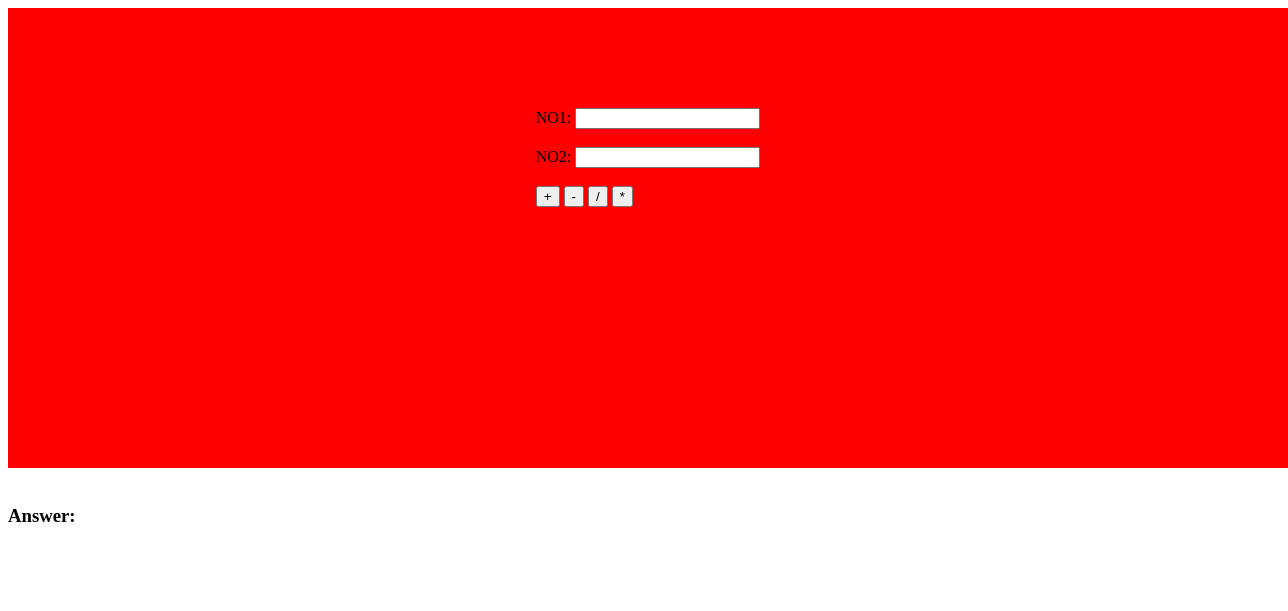
Repository: sajithmadushanka/simple-calculator-using-jsp
Page: http://localhost/simple_calculator/
These files come from the project's save history. The page is drawn as it stood at one moment and after the next save; the edit follows.
The browser window is 1280 px wide. The page is 1288 px wide, so the pictures cover 1288 px, including what lies to the right of the window. The pictures show the whole page.
The page is served by Tomcat 9. Other server files are loaded and not shown.

Above is the page before, as saved 2023-09-19 09:19:21.

### simple_calculator/WebContent/index.jsp
<%@ page language="java" contentType="text/html; charset=ISO-8859-1"
    pageEncoding="ISO-8859-1"%>
<!DOCTYPE html>
<html>
<head>
<meta charset="ISO-8859-1">
<title>simple calculator</title>
<style>
	.main{
			background-color : red;
			width :100vw;
			height : 50vh;
			display: flex;
		    justify-content: center;
		   	padding-top:100px;
		}
</style>
</head>
<body>
	<div class ="main">
		<form>
			NO1: <input type="number" name = "no1"> <br> <br>
			NO2: <input type="number" name = "no2"> <br> <br>
			<input type = "button" name = "+" value= "+">
			<input type = "button" name = "-" value= "-">
			<input type = "button" name = "/" value= "/">
			<input type = "button" name = "*" value= "*"><br>
		</form>

	</div>
		&nbsp &nbsp &nbsp &nbsp <h3 > Answer: </h3>
</body>
</html>

After the next save:
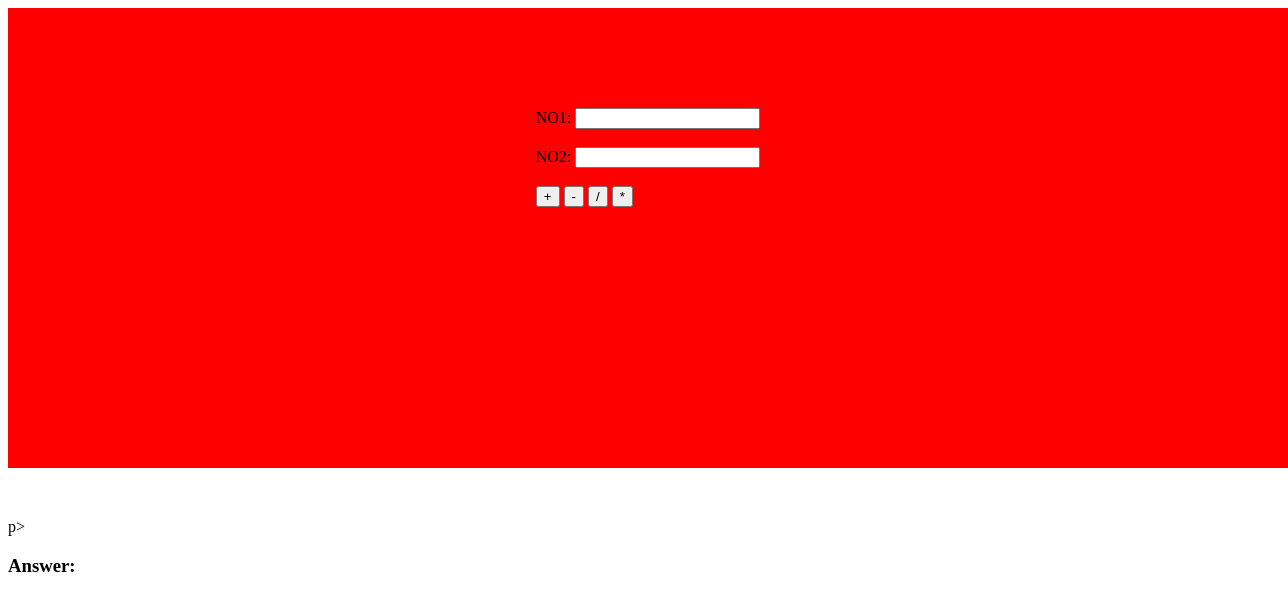
Saved 24 s later.
--- a/simple_calculator/WebContent/index.jsp
+++ b/simple_calculator/WebContent/index.jsp
@@ -28,6 +28,6 @@
 		</form>
 
 	</div>
-		&nbsp &nbsp &nbsp &nbsp <h3 > Answer: </h3>
+		<p>&nbsp &nbsp &nbsp &nbsp</p>p><h3 > Answer: </h3>
 </body>
 </html>
